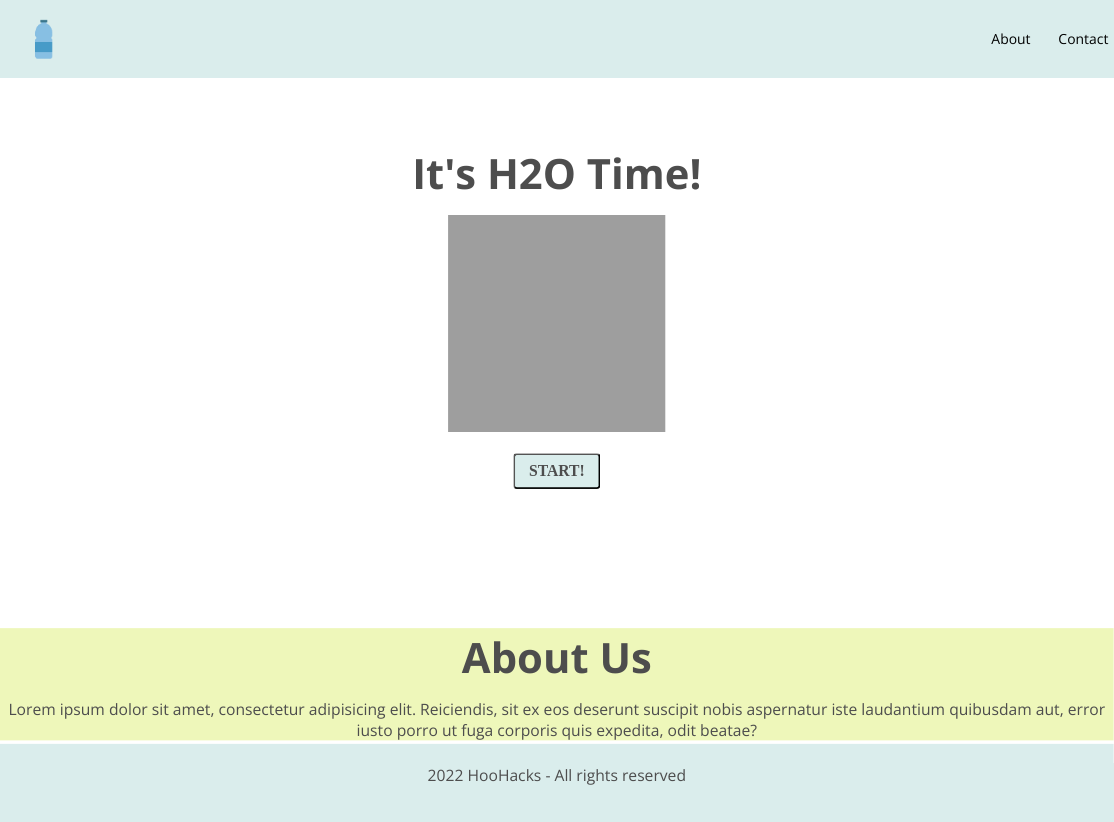
Repository: jennyjjung/H2ODaily
Page: index.html
The author's editor kept a copy of each file at every save. The page is drawn from the files as they stood at one save, then again after the next save.
The browser window is 1280 px wide. The pictures show the whole page, at 87% of full size.
Pictures or frames that could not be fetched are drawn as grey boxes. Some web fonts or font styles are not loaded; a fallback is used.

Above is the page before, as saved 2022-03-26 18:37:21.

After the next save:
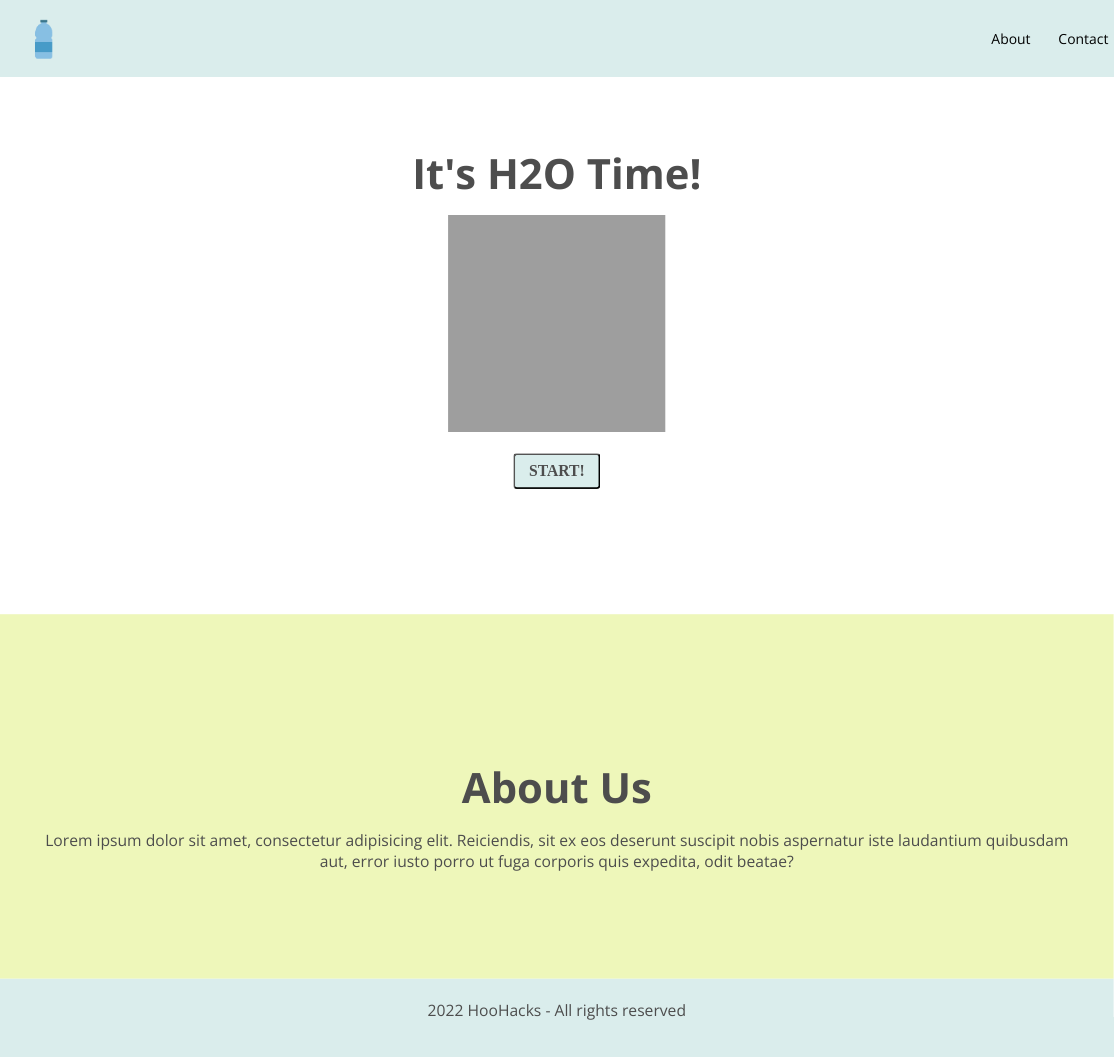
Saved 6 s later.
--- a/style.css
+++ b/style.css
@@ -136,4 +136,5 @@ a {
 /* About */
 #about {
   background-color: var(--color-yellow);
+  padding: 150px 40px 120px 40px;
 }
